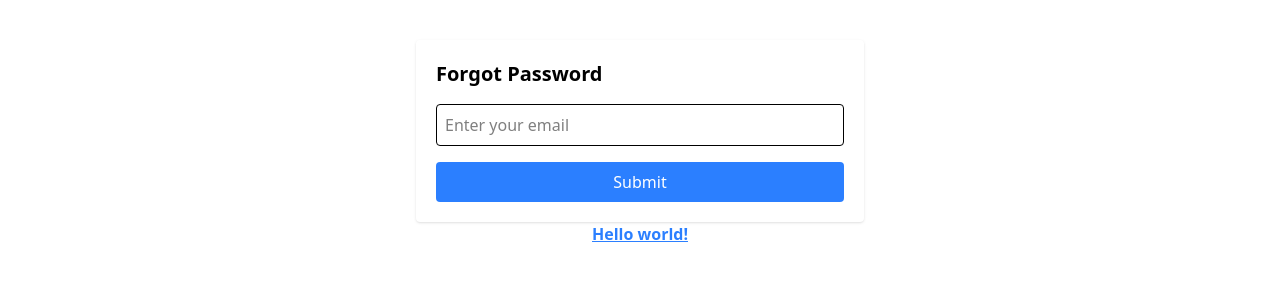
Repository: Meenakshi-commits/password-reset-project
Page: / (app in CLIENT/password-reset-client/)
An editor plug-in stored every save of this project. The page is shown before and after the next save, followed by the edit.
The browser window is 1280 px wide. The pictures show the whole page.
The project was rebuilt for these pictures with package versions that can differ from the ones it lists, and the page was loaded fresh each time. Also part of the build but not shown: CLIENT/password-reset-client/vite.config.js, CLIENT/password-reset-client/src/components/ResetPassword.jsx.

Above is the page before, as saved 2025-02-16 12:22:33.

### CLIENT/password-reset-client/index.html
<!doctype html>
<html lang="en">
  <head>
    <meta charset="UTF-8" />
    <link rel="icon" type="image/svg+xml" href="/vite.svg" />
    <meta name="viewport" content="width=device-width, initial-scale=1.0" />
    <title>Password Verification App</title>
  </head>
  <body>
    <div id="root"></div>
    <h1 class=" font-bold underline text-center text-blue-500">
      Hello world!
    </h1>
    <script type="module" src="/src/main.jsx"></script>
  </body>
</html>

### CLIENT/password-reset-client/src/App.jsx
import React from 'react';
import { BrowserRouter as Router, Routes, Route } from 'react-router-dom';
import ForgotPassword from './components/ForgotPassword';
import ResetPassword from './components/ResetPassword';

function App() {
  return (
    <Router>
      <Routes>
        <Route path="/" element={<ForgotPassword />} />
        <Route path="/reset-password" element={<ResetPassword />} />
      </Routes>
    </Router>
  );
}

export default App;

### CLIENT/password-reset-client/src/components/ForgotPassword.jsx
import React, { useState } from 'react';
import axios from 'axios';

function ForgotPassword() {
  const [email, setEmail] = useState('');
  const [message, setMessage] = useState('');

  const handleSubmit = async (e) => {
    e.preventDefault();
    try {
      const response = await axios.post('http://localhost:5000/api/forgot-password', { email });
      setMessage(response.data.message);
    } catch (err) {
      console.error(err);
      setMessage('Error occurred. Please try again.');
    }
  };

  return (
    <div className="max-w-md mx-auto mt-10 p-5 shadow rounded">
      <h2 className="text-xl font-bold mb-4">Forgot Password</h2>
      <form onSubmit={handleSubmit}>
        <input
          type="email"
          placeholder="Enter your email"
          className="w-full p-2 border rounded mb-4"
          value={email}
          onChange={(e) => setEmail(e.target.value)}
          required
        />
        <button type="submit" className="w-full bg-blue-500 text-white p-2 rounded">
          Submit
        </button>
      </form>
      {message && <p className="mt-4 text-center">{message}</p>}
    </div>
  );
}

export default ForgotPassword;

Loaded but not shown: CLIENT/password-reset-client/src/main.jsx (common file); CLIENT/password-reset-client/src/index.css (common file)

After the next save:
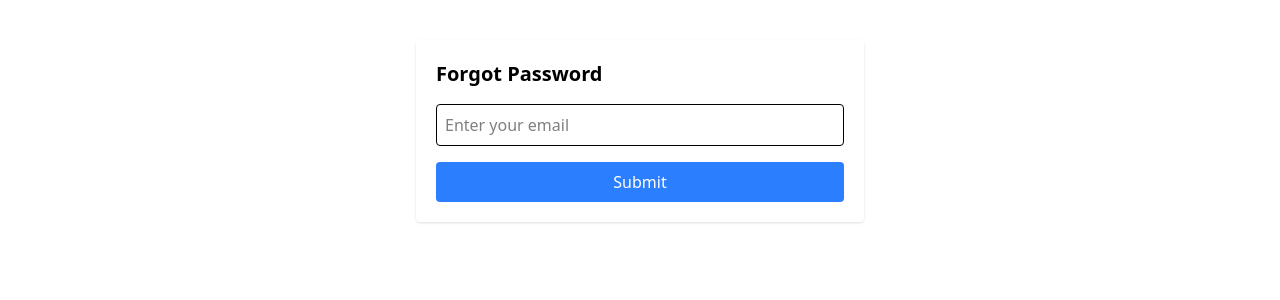
Saved 6 s later.
--- a/CLIENT/password-reset-client/index.html
+++ b/CLIENT/password-reset-client/index.html
@@ -8,9 +8,7 @@
   </head>
   <body>
     <div id="root"></div>
-    <h1 class=" font-bold underline text-center text-blue-500">
-      Hello world!
-    </h1>
+
     <script type="module" src="/src/main.jsx"></script>
   </body>
 </html>
